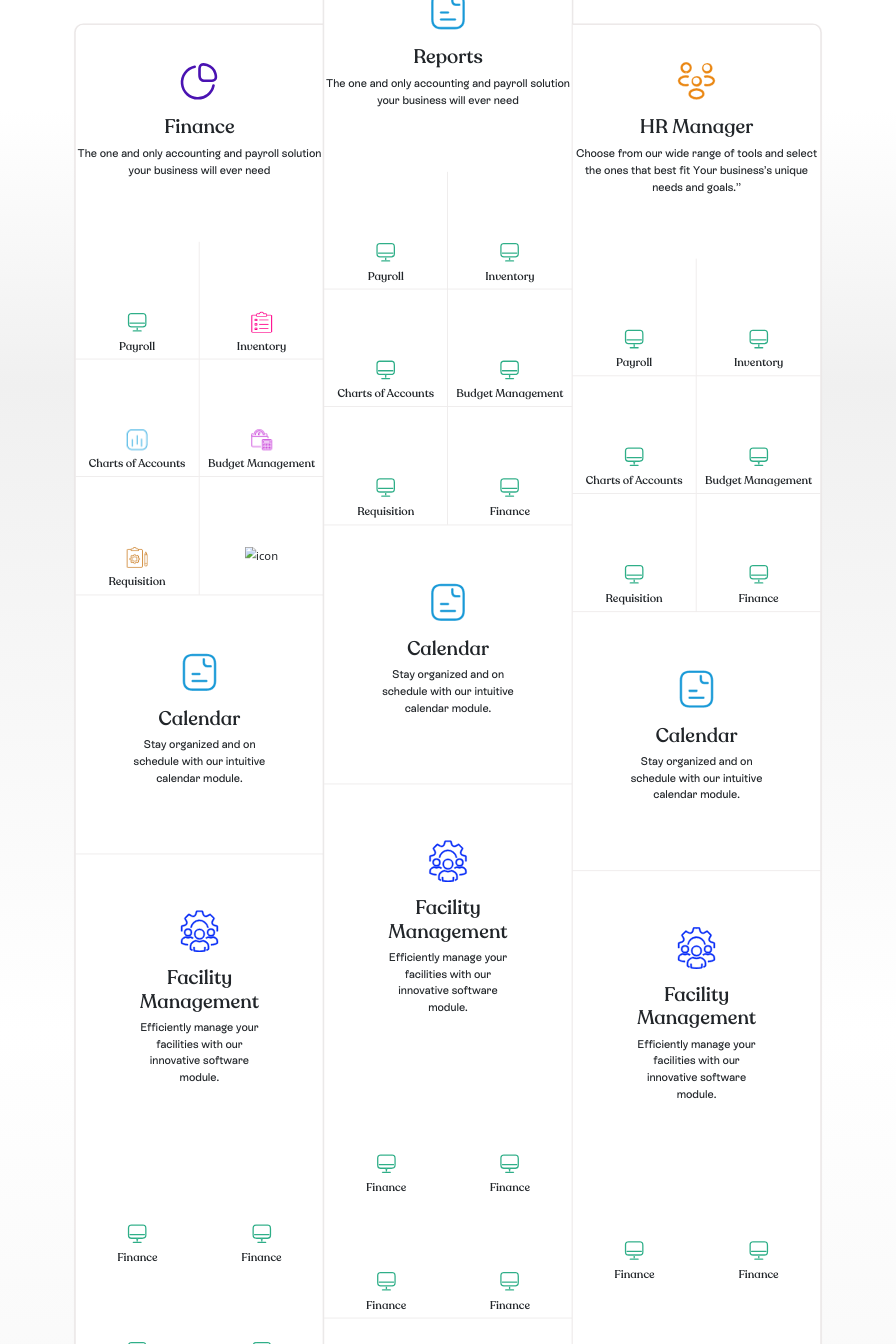
Repository: sarahnnanyelugo/educare-web
Page: /
An editor plug-in stored every save of this project. The page is shown before and after the next save, followed by the edit.
The browser window is 1280 px wide. The pictures show the part of the page from y = 3098 to 5018 px (the page is 7665 px tall), at 70% of full size.
The project was rebuilt for these pictures with package versions that can differ from the ones it lists, and the page was loaded fresh each time.

Above is the page before, as saved 2023-04-07 01:21:38.

After the next save:
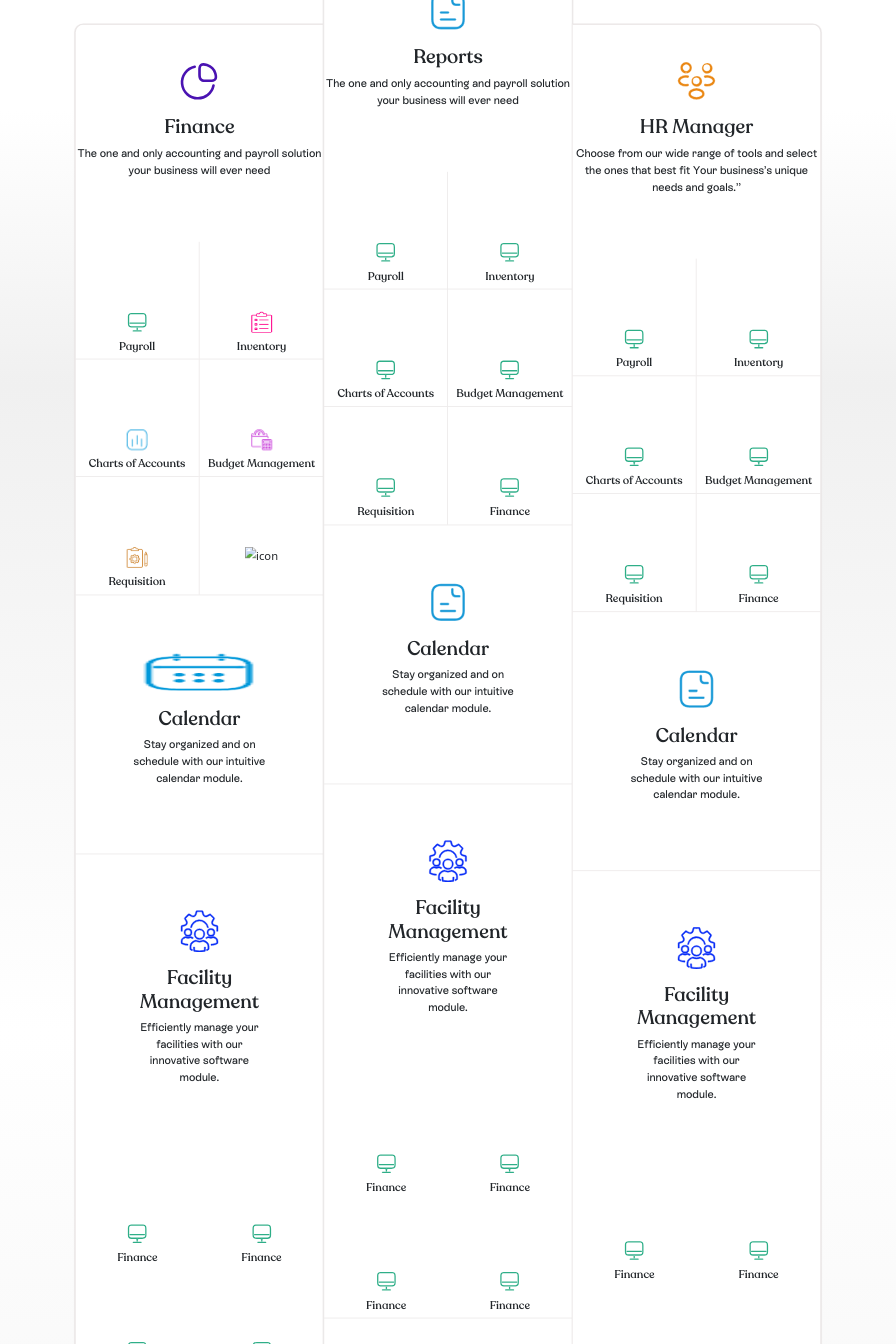
Saved 35 s later.
--- a/src/pages/Home/Home.tsx
+++ b/src/pages/Home/Home.tsx
@@ -286,7 +286,7 @@ export const Home = () => {
               <EducareProducts
                 productName="Calendar"
                 productDetail="Stay organized and on schedule with our intuitive calendar module."
-                productIcon={Chart}
+                productIcon={Calendar}
               />
             </div>
             <div className="col-md-12 bt pd">
